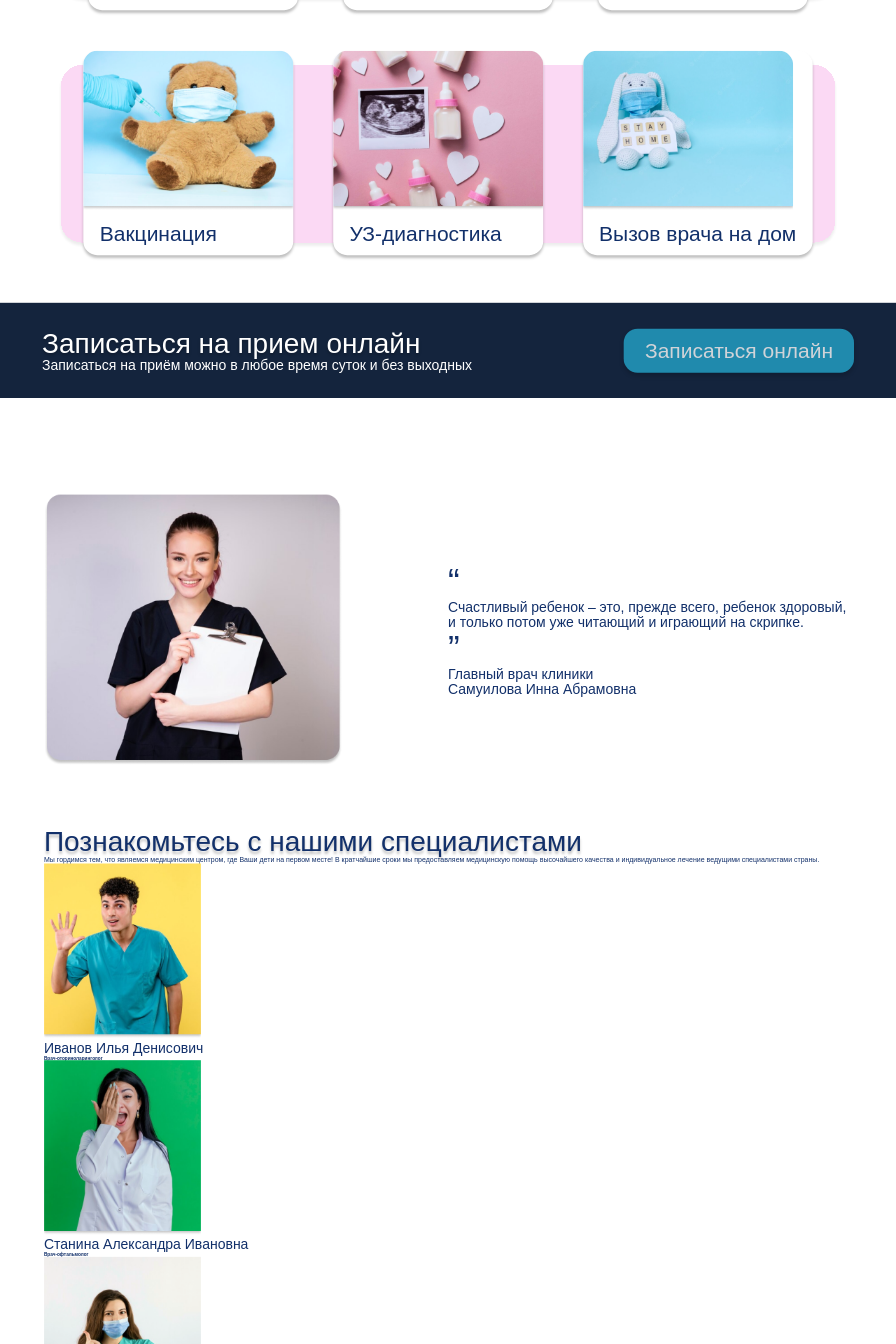
Repository: Normandy72/Landing-Page-Happy-Child
Page: index.html
The author's editor kept a copy of each file at every save. The page is drawn from the files as they stood at one save, then again after the next save.
The browser window is 1280 px wide. The pictures show the part of the page from y = 2232 to 4152 px (the page is 8064 px tall), at 70% of full size.
Some web fonts or font styles are not loaded; a fallback is used.

Above is the page before, as saved 2022-11-12 14:24:00.

### index.html
<!DOCTYPE html>
<html lang="en">
<head>
    <meta charset="UTF-8">
    <meta http-equiv="X-UA-Compatible" content="IE=edge">
    <meta name="viewport" content="width=device-width, initial-scale=1.0">
    <link href="https://fonts.googleapis.com/css2?family=Neucha&display=swap" rel="stylesheet">
    <link href="https://fonts.googleapis.com/css2?family=Coustard:wght@400;900&display=swap" rel="stylesheet">
    <link rel="icon" href="resources/icon/stethoscope.ico" sizes="16x16">
    <link rel="icon" href="resources/icon/stethoscope.ico" sizes="32x32">
    <link rel="icon" href="resources/icon/stethoscope.ico" sizes="64x64">
    <link rel="stylesheet" href="styles/main.css">
    <title>Happy Child</title>
</head>

<body>
    <header>
        <div class="wrapper layout-3-columns">
            <a href="#">
                <div class="header__logo"></div>
            </a>
            <nav class="header__navigation">
                <a class = "navigation__link" href="#">Главная</a>
                <a class = "navigation__link" href="#">Услуги</a>
                <a class = "navigation__link" href="#">Врачи</a>
                <a class = "navigation__link" href="#">Новости</a>
                <a class = "navigation__link" href="#">Запись на прием</a>
                <a class = "navigation__link" href="#">Контакты</a>
            </nav>
            <a href="tel: +375291030303">
                <div class="header__phone"></div>
            </a>
        </div>
    </header>

    <main>
        <section class="section__main">
            <div class="wrapper">
                <div class="main__text">
                    <div class="main__logo"></div>
                    <h1>Медицинский центр для детей</h1>
                    <h5>только актуальные рекомендации, основанные на доказательствах</h5>
                    <button class="button button_accented">Записаться на прием</button>
                </div>
            </div>
        </section>

        <section class="section__information wrapper">
            <div class="information__block block__phone">
                <div class="block__icon"></div>
                <h2>Контакты</h2>
                <h3>+375 29 103-03-03</h3>
                <h3>+375 17 103-03-03</h3>
            </div>
            <div class="information__block block__shedule">
                <div class="block__icon"></div>
                <h2>График работы</h2>
                <h3>Пн. - Пт. :    8:00 - 21:00</h3>
                <h3>Сб. - Вс. :    9:00 - 18:00</h3>
            </div>
        </section>

        <section class="section__services">
            <div class="wrapper">
                <h2 class="heading_dark">Наши услуги</h2>
                <div class="divider"></div>
                <div class="services__cards layout-3-columns">
                    <div class="services__card">
                        <img src="resources/img/services/pediatria.png" alt="pediatria">
                        <h4>Педиатрия</h4>
                    </div>

                    <div class="services__card">
                        <img src="resources/img/services/pulmo.png" alt="pulmo">
                        <h4>Пульмонология</h4>
                    </div>

                    <div class="services__card">
                        <img src="resources/img/services/cardio.png" alt="cardio">
                        <h4>Кардиология</h4>
                    </div>
                </div>

                <div class="services__cards layout-3-columns">
                    <div class="services__card">
                        <img src="resources/img/services/lor.png" alt="lor">
                        <h4>Оториноларингология</h4>
                    </div>

                    <div class="services__card">
                        <img src="resources/img/services/allergo.png" alt="allergo">
                        <h4>Аллергология</h4>
                    </div>

                    <div class="services__card">
                        <img src="resources/img/services/surgery.png" alt="surgery">
                        <h4>Хирургия</h4>
                    </div>
                </div>

                <div class="services__cards layout-3-columns">
                    <div class="services__card">
                        <img src="resources/img/services/neuro.png" alt="neuro">
                        <h4>Неврология</h4>
                    </div>

                    <div class="services__card">
                        <img src="resources/img/services/endocryn.png" alt="endocryn">
                        <h4>Эндокринология</h4>
                    </div>

                    <div class="services__card">
                        <img src="resources/img/services/ophtalm.png" alt="ophtalm">
                        <h4>Офтальмология</h4>
                    </div>
                </div>

                <div class="services__cards layout-3-columns">
                    <div class="services__card">
                        <img src="resources/img/services/vaccination.png" alt="vaccination">
                        <h4>Вакцинация</h4>
                    </div>

                    <div class="services__card">
                        <img src="resources/img/services/usd.png" alt="usd">
                        <h4>УЗ-диагностика</h4>
                    </div>

                    <div class="services__card">
                        <img src="resources/img/services/stayhome.png" alt="stayhome">
                        <h4>Вызов врача на дом</h4>
                    </div>
                </div>
            </div>
        </section>

        <section class="section__addition">
            <div class="wrapper addition__info layout-2-columns">
                <div class="addition__text">
                    <h2>Записаться на прием онлайн</h2>
                    <h5>Записаться на приём можно в любое время суток и без выходных</h5>
                </div>
                <button class="button button_standart">Записаться онлайн</button>
            </div>
        </section>

        <section class="wrapper section__chief layout-2-columns">
            <div class="chief__foto"></div>
            <div class="chief__text">
                <div class="text__lines">
                    <div class="lines__line"></div>
                    <p>“</p>
                    <div class="lines__line"></div>
                </div>
                <h5>Счастливый ребенок – это, прежде всего, ребенок здоровый, и только потом уже читающий
                и играющий на скрипке.</h5>
                <div class="text__lines">
                    <div class="lines__line"></div>
                    <p>”</p>
                    <div class="lines__line"></div>
                </div>
                <h5>Главный врач клиники</h5>
                <div class="chief__logo"></div>
                <h5>Самуилова Инна Абрамовна</h5>
            </div>
        </section>

        <section class="wrapper section__doctors">
            <h2 class="heading_dark">Познакомьтесь с нашими специалистами</h2>
            <p>Мы гордимся тем, что являемся медицинским центром, где Ваши дети на первом месте!
                В кратчайшие сроки мы предоставляем медицинскую помощь высочайшего качества и индивидуальное лечение ведущими специалистами страны. </p>
            <div class="doctors__arrays">
                <div></div>
                <div></div>
            </div>
            <div class="doctors__cards">
                <div class="doctors__card">
                    <img src="resources/img/doctors/ivanov1.png" alt="ivanov1">
                    <h5>Иванов Илья Денисович</h5>
                    <h6>Врач-оториноларинголог</h6>
                </div>

                <div class="doctors__card">
                    <img src="resources/img/doctors/stanina1.png" alt="stanina1">
                    <h5>Станина Александра Ивановна</h5>
                    <h6>Врач-офтальмолог</h6>
                </div>

                <div class="doctors__card">
                    <img src="resources/img/doctors/tkachenko1.png" alt="tkachenko1">
                    <h5>Ткаченко Антонина Львовна</h5>
                    <h6>Врач-невролог</h6>
                </div>

                <div class="doctors__card">
                    <img src="resources/img/doctors/savenko1.png" alt="savenko1">
                    <h5>Савенко Алина Викторовна</h5>
                    <h6>Врач-педиатр</h6>
                </div>

                <div class="doctors__card">
                    <img src="resources/img/doctors/krotov1.png" alt="krotov1">
                    <h5>Кротов Алексей Геннадьевич</h5>
                    <h6>Врач-хирург</h6>
                </div>

                <div class="doctors__card">
                    <img src="resources/img/doctors/karpovich1.png" alt="karpovich1">
                    <h5>Карпович Анна Игоревна</h5>
                    <h6>Врач-кардиолог</h6>
                </div>

                <div class="doctors__card">
                    <img src="resources/img/doctors/akulich1.png" alt="akulich1">
                    <h5>Акулич Олег Васильевич</h5>
                    <h6>Врач-эндокринолог</h6>
                </div>

                <div class="doctors__card">
                    <img src="resources/img/doctors/astapenko1.png" alt="astapenko1">
                    <h5>Астапенко Ирина Эдуардовна</h5>
                    <h6>Врач УЗ-диагностики</h6>
                </div>
            </div>
        </section>

        <section>
            <div class="section__lines">
                <div></div>
                <div></div>
                <div></div>
            </div>
            <div class="wrapper section__news">
                <h2 class="heading_dark">Новости</h2>
                <div class="news_card">
                    <img src="resources/img/news/news1.png" alt="news1">
                    <h4>25. 07. 2022   15 : 00</h4>
                    <h3>Всемирный день здоровья полости рта</h3>
                    <h5>Взрослея, организм ребенка испытывает множество изменений. В честь Всемирного дня здоровья полости рта наши стоматологи расскажут родителям и детям, как заботиться о зубах и деснах в разных возрастных периодах, какие средства использовать, чтобы смена молочных зубов прошла легко и безболезненно, и еще много-много полезного!</h5>
                    <a href="#">Подробнее...</a>
                </div>

                <div class="news_card">
                    <img src="resources/img/news/news2.png" alt="news1">
                    <h4>27. 07. 2022   13 : 30</h4>
                    <h3>Европейская неделя иммунизации</h3>
                    <h5>Знаете ли Вы, что иммунизация является единственным и надежным способом борьбы с эпидемиологическими заболеваниями, такими как корь, полиомиелит, эпидемический паротит и др.? В рамках Европейской недели иммунизации врач-педиатр Савенко Алина Викторовна познакомит Вас с текущим календарем профилактических прививок и ответит на все волнующие Вас вопросы! </h5>
                    <a href="#">Подробнее...</a>
                </div>

                <div class="news_card">
                    <img src="resources/img/news/news3.png" alt="news1">
                    <h4>28. 07. 2022    16 : 00</h4>
                    <h3>Международный день офтальмологии</h3>
                    <h5>Ухудшение зрения может лишить человека возможности заниматься любимым делом. Хорошо, что современная офтальмология обладает широкими возможностями для лечения многих заболеваний глаз.  Приходите к нам в Международный день офтальмологии и узнайте, что рекомендуют специалисты для профилактии заболеваний глаз.</h5>
                    <a href="#">Подробнее...</a>
                </div>
            </div>
        </section>

        <section class="section__addition">
            <div class="wrapper addition__info layout-2-columns">
                <div class="addition__text">
                    <h2>Подписаться на рассылку</h2>
                    <h5>Будьте в курсе новостей !</h5>
                </div>
                <form class="addition__form">
                    <input class = "addition__input" type="text" value="Email">
                    <button class="button button_standart">Подписаться</button>
                </form>
            </div>
        </section>

        <section class="wrapper section__callback">
            <div class="callback__form">
                <h2 class="heading_dark">Остались вопросы?</h2>
                <h5>Оставьте заявку, мы Вам перезвоним!</h5>
                <form action="">
                    <input class="callback__input" type="text" value="Ваше имя">
			        <input class="callback__input" type="tel" placeholder="Номер телефона" pattern="+375(29,17,33,44)[0-9]{3}-[0-9]{2}-[0-9]{2}" required>
			        <select class="callback__input" name="menu" size="1">
				        <option>Желаемая услуга</option>
				        <option value="ped">Педиатрия</option>
				        <option value="pulmo">Пульмонология</option>
				        <option value="cardio">Кардиология</option>
				        <option value="lor">Оториноларингология</option>
				        <option value="allergo">Аллергология</option>
				        <option value="surg">Хирургия</option>
				        <option value="neuro">Неврология</option>
				        <option value="endocryn">Эндокринология</option>
				        <option value="ophtalm">Офтальмология</option>
				        <option value="vaccin">Вакцинация</option>
				        <option value="usd">УЗ-диагностика</option>
				        <option value="stayhome">Вызов врача на дом</option>
			        </select>
			        <input class="callback__input" type="date" value="2022-01-01" min="2022-01-01" max="2022-12-31">
                    <label class="callback__checkbox">
                        <input type="checkbox">
                        Я даю согласие на хранение и обработку персональных данных
                    </label>
			        <button class="button button_standart">Оставить заявку</button>
                </form>
            </div>
            <div class="callback__photo"></div>
        </section>

        <section class="wrapper section__contacts">
            <h2 class="heading_dark">Ждем Вас в нашем центре !</h2>
            <div class="contacts__info">
                <h3>Контакты</h3>
                <h5>Мы находимся по адресу:</h5>
                <h4>г. Минск, ул. Матусевича, 70</h4>
                <h5>Связаться:</h5>
                <a href="tel: +375291030303">+375 29 103-03-03</a>
                <a href="tel: +375171030303">+375 17 103-03-03</a>
                <h5>Мы в соц. сетях:</h5>
                <div class="contacts__social">
                    <a href="#"></a>
                </div>
                <div class="contacts__social">
                    <a href="#"></a>
                </div>
                <div class="contacts__social">
                    <a href="#"></a>
                </div>
            </div>
            <div class="contacts__map">
                <iframe src="https://www.google.com/maps/embed?pb=!1m18!1m12!1m3!1d2349.7572817965843!2d27.4501670158107!3d53.91828888010291!2m3!1f0!2f0!3f0!3m2!1i1024!2i768!4f13.1!3m3!1m2!1s0x46dbc52f35b245d3%3A0x98f1d72de22c93c4!2z0YPQu9C40YbQsCDQnNCw0YLRg9GB0LXQstC40YfQsCA3MCwg0JzQuNC90YHQug!5e0!3m2!1sru!2sby!4v1659879735812!5m2!1sru!2sby" width="50%" height="562px" style="border:0;" allowfullscreen="" loading="lazy" referrerpolicy="no-referrer-when-downgrade"></iframe>
            </div>
        </section>
    </main>

    <footer>
        <div class="wrapper">
            <h5>ООО “HappyChild” © 2022</h5>
            <a href="#">Политика конфиденциальности</a>
        </div>
    </footer>
</body>
</html>

### styles/main.css
@import url(base.css);
@import url(buttons.css);
@import url(footer.css);
@import url(form.css);
@import url(header.css);
@import url(headings.css);
@import url(layouts.css);
@import url(links.css);
@import url(section_addition.css);
@import url(section_chief.css);
@import url(section_information.css);
@import url(section_main.css);
@import url(section_services.css);
@import url(variables.css);

### styles/base.css
*{
    margin: 0;
    padding: 0;
    box-sizing: border-box;
}

html{
    scroll-behavior: smooth;
}

body{
    font-family: var(--main-font);
    font-size: 10px;
    color: var(--text-dark-color);
}

.wrapper{
    max-width: 1180px;
    min-width: 480px;
    padding: 0 1%;
    margin: auto;
}

.divider{
    width: 100%;
}

### styles/buttons.css
.button{
    border-radius: 20px;
    border: none;
    filter: drop-shadow(0px 4px 4px rgba(0, 0, 0, 0.25));
    padding: 15px 30px;
    opacity: 0.8;

    font-family: var(--main-font);
    font-style: normal;
    font-weight: 400;
    font-size: var(--buttons-font-size);
    line-height: 33px;
    display: flex;
    align-items: center;
    text-align: center;
    color: var(--buttons-text-color);
}

.button_accented{
    background-color: var(--accented-button-color);
}

.button_standart{
    background-color: var(--standart-button-color);
}

.button:hover{
    cursor: pointer;
    opacity: 1;
}

### styles/header.css
header{
    width: 100%;
    background-color: var(--header-color);
    box-shadow: var(--shadow);
    position: fixed;
    top: 0;
    z-index: 2;
}

header .wrapper{
    padding-top: 30px;
    padding-bottom: 20px;
}

.header__logo{
    background-image: url(../resources/icon/HappyChild_small.svg);
    background-repeat: no-repeat;
    width: 136px;
    height: 31px;
}

.header__logo:hover{
    transform: scale(1.2);
    transition-duration: 0.5s;
}

.header__navigation{
    display: flex;
    align-items: center;
    justify-content: space-between;
}

.navigation__link{
    padding-right: 25px;
}

.header__phone{
    background-image: url(../resources/icon/phone.svg);
    background-repeat: no-repeat;
    width: 32px;
    height: 32px;
}

.header__phone:hover{
    transform: scale(1.2);
    transition-duration: 0.5s;
}

### styles/headings.css
h1{
    font-size: var(--h1-font-size);
    font-style: normal;
    font-weight: 400;
    line-height: 50px;
}

h2{
    font-size: var(--h2-font-size);
    font-style: normal;
    font-weight: 400;
    line-height: 42px;
    text-shadow: var(--shadow);
}

h3{
    font-size: var(--h3-font-size);
    font-style: normal;
    font-weight: 400;
    line-height: 37px;
}

h4{
    font-size: var(--h4-font-size);
    font-style: normal;
    font-weight: 400;
    line-height: 32px;
}

h5{
    font-size: var(--h5-font-size);
    font-style: normal;
    font-weight: 400;
    line-height: 22px;
}

h6{

}

### styles/layouts.css
.layout-3-columns{
    display: flex;
    align-items: center;
    justify-content: space-between;
    flex-wrap: wrap;
    flex-basis: 33%;
}

.layout-2-columns{
    display: flex;
    align-items: center;
    justify-content: space-between;
    flex-wrap: wrap;
    flex-basis: 45%;
}

### styles/links.css
a{
    text-decoration: none;
    color: var(--links-color);
    text-shadow: var(--shadow);
    font-size: var(--links-font-size);
}

a:hover{
    cursor: pointer;
    color: var(--links-hover-color);
    transition: var(--transition);
}

### styles/section_addition.css
.section__addition{
    color: var(--text-ligth-color);
    background-color: var(--added-blocks-color);
}

.addition__info{
    padding: 36px 10px;
}

### styles/section_chief.css
.section__chief{
    padding-top: 138px;
    padding-bottom: 88px;
}

.chief__foto{
    background-image: url(../resources/img/doctors/chief1.png);
    background-repeat: no-repeat;
    background-size: cover;
    width: 426px;
    height: 386px;
}

.chief__text{
    width: 50%;
}

.text__lines p{
    font-family: var(--second-font);
    font-style: normal;
    font-weight: 400;
    font-size: 50px;
    line-height: 52px;
}

### styles/section_information.css
.section__information{
    margin-top: -15px;
    display: flex;
    justify-content: center;
    color: var(--text-ligth-color);
    margin-bottom: 150px;
}

.information__block{
    width: 40%;
    background-color: var(--added-blocks-color);
    padding: 35px 60px 35px 100px;
}

.information__block h2{
    margin: -55px 0 40px 80px;
}

.block__phone{
    border-radius: 30px 30px 0 30px;
    margin-right: 10px;
}

.block__shedule{
    border-radius: 30px 30px 30px 0;
    margin-left: 10px;
}

.block__icon{
    background-size: contain;
    background-repeat: no-repeat;
}

.block__phone .block__icon{
    width: 63px;
    height: 63px;
    background-image: url(../resources/icon/phone.svg);
}

.block__shedule .block__icon{
    width: 70px;
    height: 70px;
    background-image: url(../resources/icon/watch.svg);
}

### styles/section_main.css
.section__main{
    width: 100%;
    height: 750px;
    background-image: url(../resources/img/girl.jpg);
    background-size: cover;
    background-repeat: no-repeat;
}

.main__text{
    padding-top: 165px;
    width: 540px;
    display: flex;
    flex-direction: column;
    align-items: center;
}

.main__logo{
    background-image: url(../resources/icon/HappyChild_big.png);
    background-repeat: no-repeat;
    width: 388px;
    height: 99px;
    margin-bottom: 5px;
}

.main__text h1{
    padding-bottom: 15px;
    text-shadow: var(--shadow);
}

.main__text h5{
    padding-bottom: 65px;
    text-shadow: var(--shadow);
}

### styles/section_services.css
.section__services .layout-3-columns{
    justify-content: space-evenly;
}

.section__services h2{
    display: block;
    margin: -60px 0 40px 42%;
}

.services__cards{
    background-image: url(../resources/img/line.svg);
    background-position: center;
    background-repeat: no-repeat;
    margin-bottom: 68px;
}

.services__card{
    background-color: var(--cards-color);
    border-radius: 20px;
    box-shadow: var(--shadow);
    margin-top: -10px;
}

.services__card img{
    border-radius: 20px 20px 0 0;
}

.services__card h4{
    padding: 15px 23px;
}

.services__card:hover{
    transform: scale(1.1);
    transition-duration: 0.5s;
    cursor: pointer;
}

### styles/variables.css
:root{
    /* fonts */
    --main-font: 'Neucha', Arial, cursive;
    --second-font:'Coustard', Arial;

    /* font sizes */
    --h1-font-size: 45px;
    --h2-font-size: 40px;
    --h3-font-size: 35px;
    --h4-font-size: 30px;
    --h5-font-size: 20px;
    --links-font-size: 25px;
    --buttons-font-size: 30px;

    /* colors */
    --header-color: rgba(35, 164, 201, 0.9);
    --links-color:  #FFFFFF;
    --links-hover-color: #12306A;
    --text-dark-color:#12306A;
    --text-ligth-color:#FFFFFF;
    --buttons-text-color: #FFFFFF;
    --accented-button-color: hsl(313, 94%, 45%);
    --standart-button-color:rgba(35, 164, 201);
    --added-blocks-color: #14243D;
    --cards-color: white;

    /* transition */
    --transition: all .3s ease-out;

    /* Other */
    --shadow: 0px 4px 4px rgba(0, 0, 0, 0.25);
}

Loaded but not shown: styles/footer.css (no copy from this time; the picture is the same without it); styles/form.css (no copy from this time; the picture is the same without it)

After the next save:
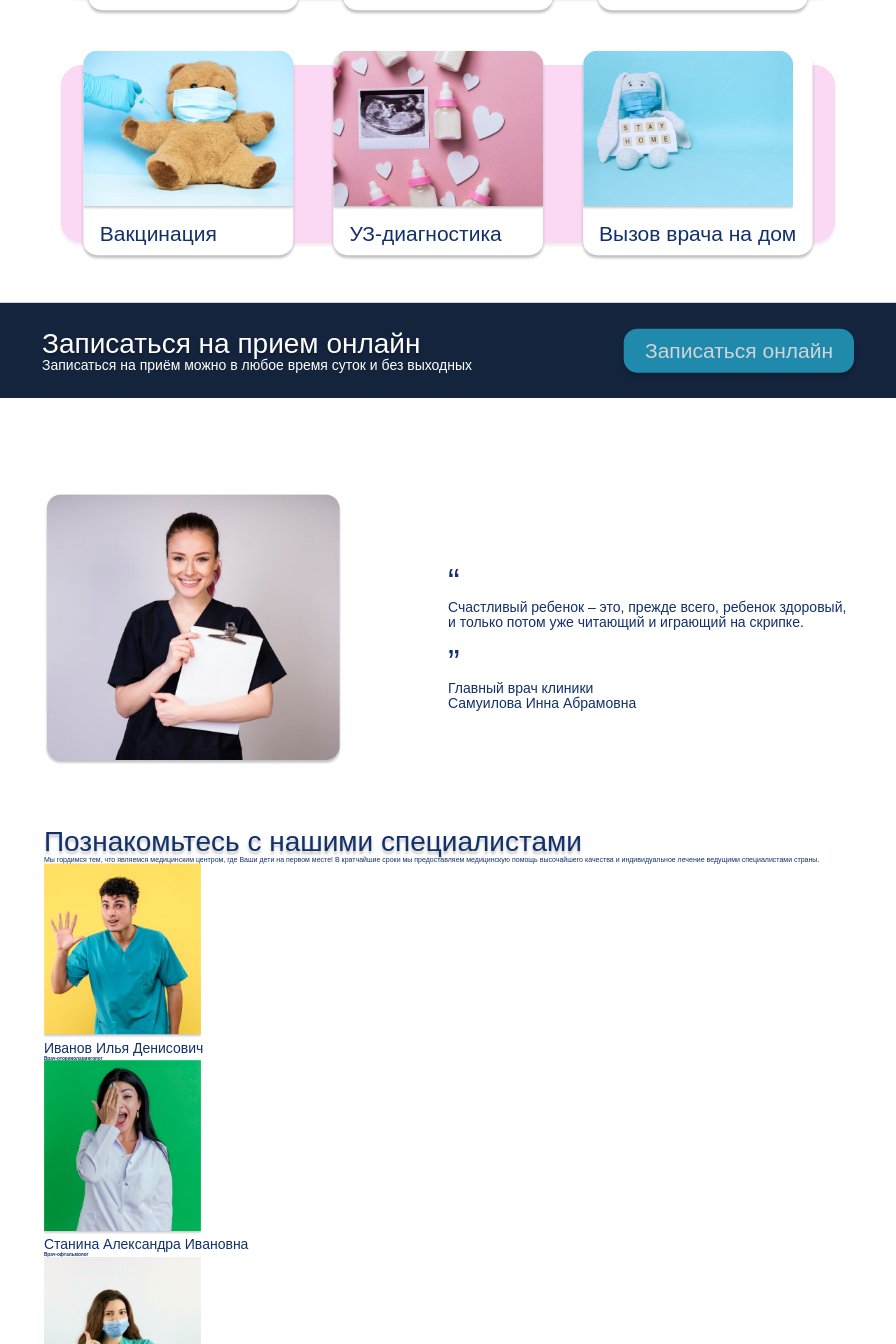
Saved 110 s later.
--- a/styles/section_chief.css
+++ b/styles/section_chief.css
@@ -15,6 +15,10 @@
     width: 50%;
 }
 
+.text__lines{
+    padding-top: 20px;;
+}
+
 .text__lines p{
     font-family: var(--second-font);
     font-style: normal;
